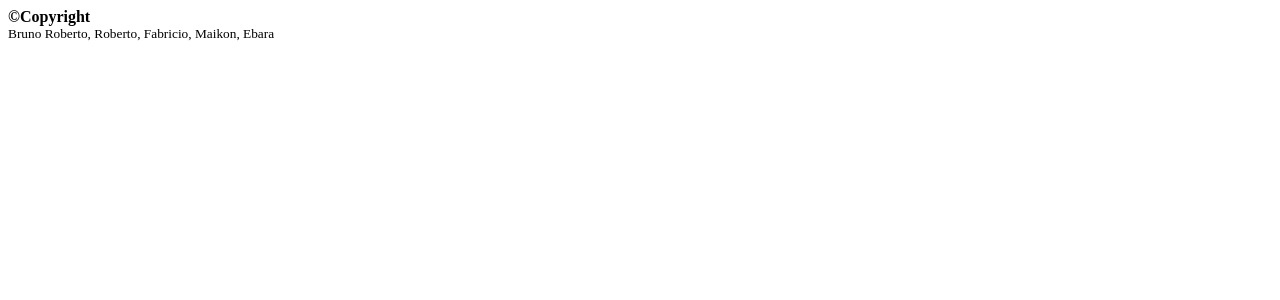
Repository: BrunoRB/ProjetoBanco
Page: http://localhost/templates/footer.php
An editor plug-in stored every save of this project. The page is shown before and after the next save, followed by the edit.
The browser window is 1280 px wide. The pictures show the whole page.
The page is run by PHP 8.4 with error messages shown; the project is at /var/www/html/.

Above is the page before, as saved 2013-06-14 03:13:52.

### codigo/ProjectFree/templates/footer.php



		<footer class="footer navbar-fixed-bottom">
			<div class="pagination-centered">
				<strong>&copy;Copyright</strong> <br />
				<small>Bruno Roberto, Roberto, Fabricio, Maikon, Ebara</small>
			</div>
		</footer>
	</body>
</html>

After the next save:
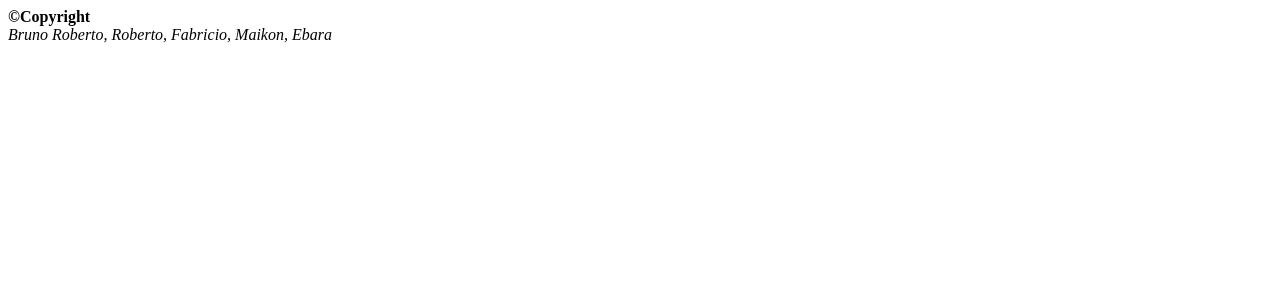
Saved 14 s later.
--- a/codigo/ProjectFree/templates/footer.php
+++ b/codigo/ProjectFree/templates/footer.php
@@ -4,7 +4,7 @@
 		<footer class="footer navbar-fixed-bottom">
 			<div class="pagination-centered">
 				<strong>&copy;Copyright</strong> <br />
-				<small>Bruno Roberto, Roberto, Fabricio, Maikon, Ebara</small>
+				<em>Bruno Roberto, Roberto, Fabricio, Maikon, Ebara</em>
 			</div>
 		</footer>
 	</body>
